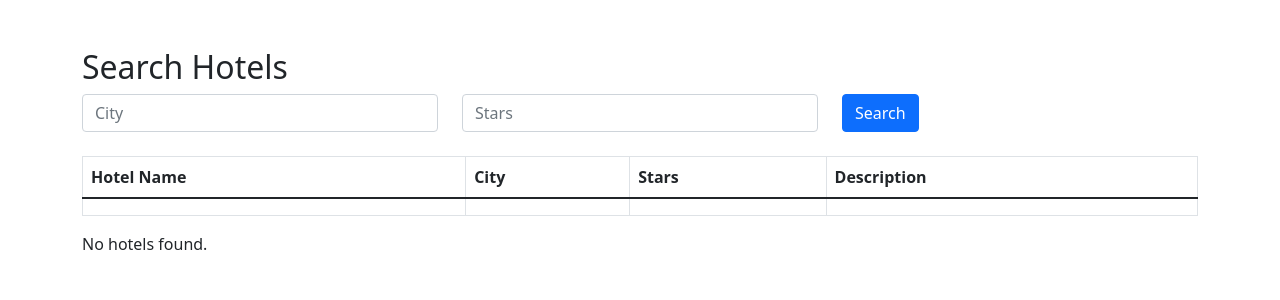
Repository: Trikisalem/examentp_jakarta
Page: http://localhost/hotel/searchHotels.jsp
The author's editor kept a copy of each file at every save. The page is drawn from the files as they stood at one save, then again after the next save.
The browser window is 1280 px wide. The pictures show the whole page.
The page is served by Tomcat 10. Nobody is signed in. The application's start-up code is not run. Other server files are loaded and not shown. Queries for data that is not in the repository find no rows.

Above is the page before, as saved 2024-12-17 13:17:55.

### hotel/src/main/webapp/searchHotels.jsp
<%@ page language="java" contentType="text/html; charset=UTF-8" pageEncoding="UTF-8"%>
<%@ page import="java.sql.*" %>
<%@ page import="java.util.List" %>
<%@ page import="java.util.ArrayList" %>
<%@ page import="model.Hotel" %> <!-- Assurez-vous d'importer correctement la classe Hotel -->

<!DOCTYPE html>
<html lang="en">
<head>
    <meta charset="UTF-8">
    <meta http-equiv="X-UA-Compatible" content="IE=edge">
    <meta name="viewport" content="width=device-width, initial-scale=1.0">
    <title>Search Hotels</title>
    <link href="https://cdn.jsdelivr.net/npm/bootstrap@5.1.3/dist/css/bootstrap.min.css" rel="stylesheet">
</head>
<body>
    <div class="container mt-5">
        <h2>Search Hotels</h2>

        <!-- Formulaire de recherche -->
        <form action="searchHotels.jsp" method="get" class="mb-4">
            <div class="row">
                <div class="col">
                    <input type="text" class="form-control" name="city" placeholder="City">
                </div>
                <div class="col">
                    <input type="number" class="form-control" name="stars" placeholder="Stars">
                </div>
                <div class="col">
                    <button type="submit" class="btn btn-primary">Search</button>
                </div>
            </div>
        </form>

        <!-- Logique JSP pour la recherche d'hôtels -->
        <%
            // Récupération des paramètres de la requête
            String city = request.getParameter("city");
            String starsStr = request.getParameter("stars");

            int stars = 0;
            if (starsStr != null && !starsStr.isEmpty()) {
                try {
                    stars = Integer.parseInt(starsStr);
                } catch (NumberFormatException e) {
                    stars = 0; // Si la conversion échoue, utiliser la valeur par défaut
                }
            }

            List<Hotel> hotels = new ArrayList<>();
            Connection conn = null;
            PreparedStatement ps = null;
            ResultSet rs = null;

            try {
                // Charger le driver MySQL
                Class.forName("com.mysql.cj.jdbc.Driver");

                // Connexion à la base de données
                String dbUrl = "jdbc:mysql://localhost:3306/hotel_management"; // Changez le nom de votre base de données
                String dbUsername = "root"; // Votre nom d'utilisateur MySQL
                String dbPassword = "triki"; // Votre mot de passe MySQL

                conn = DriverManager.getConnection(dbUrl, dbUsername, dbPassword);

                // Préparer la requête de recherche d'hôtels
                String sql = "SELECT * FROM hotel WHERE city LIKE ? AND stars >= ?";
                ps = conn.prepareStatement(sql);
                ps.setString(1, "%" + (city != null ? city : "") + "%"); // Recherche insensible à la casse pour la ville
                ps.setInt(2, stars);

                rs = ps.executeQuery();

                // Ajouter les hôtels récupérés à la liste
                while (rs.next()) {
                    Hotel hotel = new Hotel(
                        rs.getInt("id"),
                        rs.getString("name"),
                        rs.getString("city"),
                        rs.getInt("stars"),
                        rs.getString("description"),
                        rs.getString("image"),
                        rs.getInt("agentId") // Nous stockons l'agentId, mais il ne sera pas affiché
                    );
                    hotels.add(hotel);
                }

            } catch (Exception e) {
                // Afficher l'exception pour le débogage
                e.printStackTrace();
                out.println("<p>Error occurred: " + e.getMessage() + "</p>");
            } finally {
                // Fermer les ressources de base de données
                try {
                    if (rs != null) rs.close();
                    if (ps != null) ps.close();
                    if (conn != null) conn.close();
                } catch (SQLException e) {
                    e.printStackTrace();
                }
            }

            // Passer la liste des hôtels récupérés à la page
            request.setAttribute("hotels", hotels);
        %>

        <!-- Affichage des résultats -->
        <c:if test="${not empty hotels}">
            <table class="table table-bordered">
                <thead>
                    <tr>
                        <th>Hotel Name</th>
                        <th>City</th>
                        <th>Stars</th>
                        <th>Description</th>
                    </tr>
                </thead>
                <tbody>
                    <!-- Itérer sur les hôtels récupérés et afficher les données -->
                    <c:forEach var="hotel" items="${hotels}">
                        <tr>
                            <td>${hotel.name}</td>
                            <td>${hotel.city}</td>
                            <td>${hotel.stars}</td>
                            <td>${hotel.description}</td>
                        </tr>
                    </c:forEach>
                </tbody>
            </table>
        </c:if>

        <!-- Message si aucun hôtel n'est trouvé -->
        <c:if test="${empty hotels}">
            <p>No hotels found.</p>
        </c:if>

    </div>

    <!-- Inclusion des scripts JavaScript nécessaires -->
    <script src="https://cdn.jsdelivr.net/npm/@popperjs/core@2.11.6/dist/umd/popper.min.js"></script>
    <script src="https://cdn.jsdelivr.net/npm/bootstrap@5.1.3/dist/js/bootstrap.min.js"></script>
</body>
</html>

After the next save:
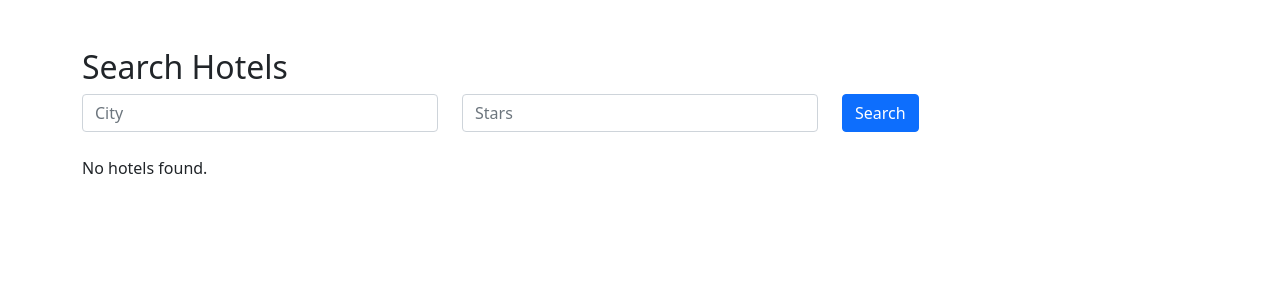
Saved 5 min 28 s later.
--- a/hotel/src/main/webapp/searchHotels.jsp
+++ b/hotel/src/main/webapp/searchHotels.jsp
@@ -2,7 +2,7 @@
 <%@ page import="java.sql.*" %>
 <%@ page import="java.util.List" %>
 <%@ page import="java.util.ArrayList" %>
-<%@ page import="model.Hotel" %> <!-- Assurez-vous d'importer correctement la classe Hotel -->
+<%@ page import="model.Hotel" %>
 
 <!DOCTYPE html>
 <html lang="en">
@@ -99,13 +99,14 @@
                     e.printStackTrace();
                 }
             }
-
-            // Passer la liste des hôtels récupérés à la page
-            request.setAttribute("hotels", hotels);
         %>
 
         <!-- Affichage des résultats -->
-        <c:if test="${not empty hotels}">
+        <%
+            if (hotels.isEmpty()) {
+                out.println("<p>No hotels found.</p>");
+            } else {
+        %>
             <table class="table table-bordered">
                 <thead>
                     <tr>
@@ -116,23 +117,24 @@
                     </tr>
                 </thead>
                 <tbody>
-                    <!-- Itérer sur les hôtels récupérés et afficher les données -->
-                    <c:forEach var="hotel" items="${hotels}">
+                    <%
+                        // Boucle sur les hôtels et affichage des données
+                        for (Hotel hotel : hotels) {
+                    %>
                         <tr>
-                            <td>${hotel.name}</td>
-                            <td>${hotel.city}</td>
-                            <td>${hotel.stars}</td>
-                            <td>${hotel.description}</td>
+                            <td><%= hotel.getName() %></td>
+                            <td><%= hotel.getCity() %></td>
+                            <td><%= hotel.getStars() %></td>
+                            <td><%= hotel.getDescription() %></td>
                         </tr>
-                    </c:forEach>
+                    <%
+                        }
+                    %>
                 </tbody>
             </table>
-        </c:if>
-
-        <!-- Message si aucun hôtel n'est trouvé -->
-        <c:if test="${empty hotels}">
-            <p>No hotels found.</p>
-        </c:if>
+        <%
+            }
+        %>
 
     </div>
 
